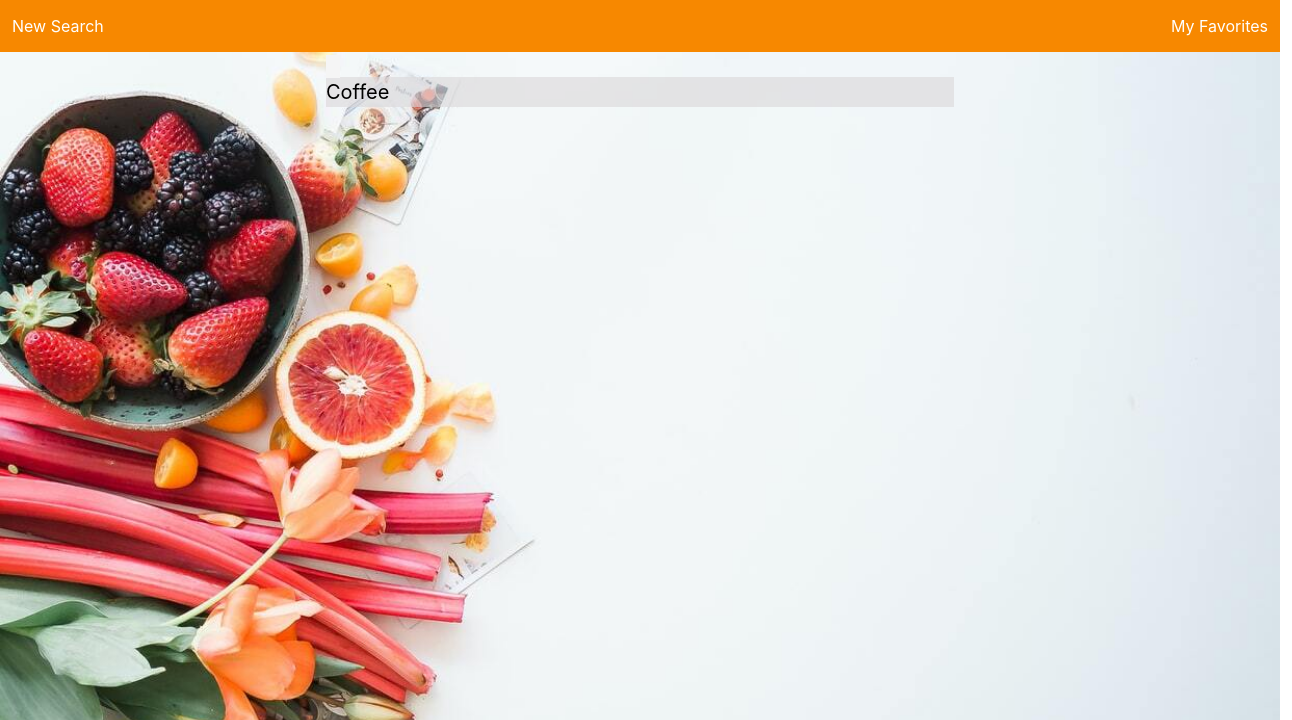
Repository: puakehaulani/the-hungry-app-proj1
Page: results.html
An editor plug-in stored every save of this project. The page is shown before and after the next save, followed by the edit.
The browser window is 1280 px wide. The page is 1292 px wide, so the pictures cover 1292 px, including what lies to the right of the window. The pictures show the whole page.

Above is the page before, as saved 2020-10-15 20:25:51.

### results.html
<!DOCTYPE html>
<html lang="en">

<head>
    <meta charset="UTF-8">
    <meta name="viewport" content="width=device-width, initial-scale=1.0">
    <title>Hungry app</title>
    <link rel="stylesheet" href="https://cdn.jsdelivr.net/npm/bulma@0.9.1/css/bulma.min.css">
    <link rel="stylesheet" href="./assets/style/style.css">
    <meta name="viewport" content="width=device-width, initial-scale=1">
</head>

<body>
  <nav class="navbar" role="navigation" aria-label="main navigation">
    <div class="navbar-menu">
        <div class="navbar-item">
            <a href="index.html">New Search</a>
        </div>
    </div>

    <div class="navbar-end">
        <div class="navbar-item">
            <a href="favorites.html">My Favorites </a>
        </div>

    </div>
</nav>
      <body>

        <div class="columns is-mobile is-centered">
            <div class="column is-half">
              <p class="bd-notification is-primary">
                <code class="html"></code><br>
          <ul id="display">
          <li>Coffee</li>
          </ul>
        </div>
        </p>
            </div>
            </div>

</body>

</html>

### assets/style/style.css

html{
    background-image: url(images/foodOnSIde.jpg);
    background-size: cover;
    background-repeat: no-repeat;
}

.navbar{
    background-color: #F78800;
}

.navbar-item{
    color: white;
}

.navbar-item a{
    color: white;
}

.button{
    background-color: #f78800;
    color: white;
}

#ingredientSearch{
    display: inline-block;
}

th{
    background-color: #f78800;
    color: white !important;
}

/* Elements that only exist on results html*/

#favRecipes{
    min-height: 300px;
    color: black;
    background-color: white;
    border-style: solid;
    border-width: 2px;
    border-radius: 15px;
    border-color: #F78800;
}

#favRecipes h1{
    background-color: #F78800;
    font-size: 2rem;
    color: white;
    border-radius: 10px;
}

#favJokes{
    min-height: 300px;
    color: black;
    background-color: white;
    border-style: solid;
    border-width: 2px;
    border-radius: 15px;
    border-color: #F78800;
}

#favJokes h1{
    background-color: #F78800;
    font-size: 2rem;
    color: white;
    border-radius: 10px;


}
  #display { background-color:rgba(219, 215, 217, 0.60);
            font-size: 20px;
            color: #000000;
            min-height: auto;
            min-width: auto;
}

After the next save:
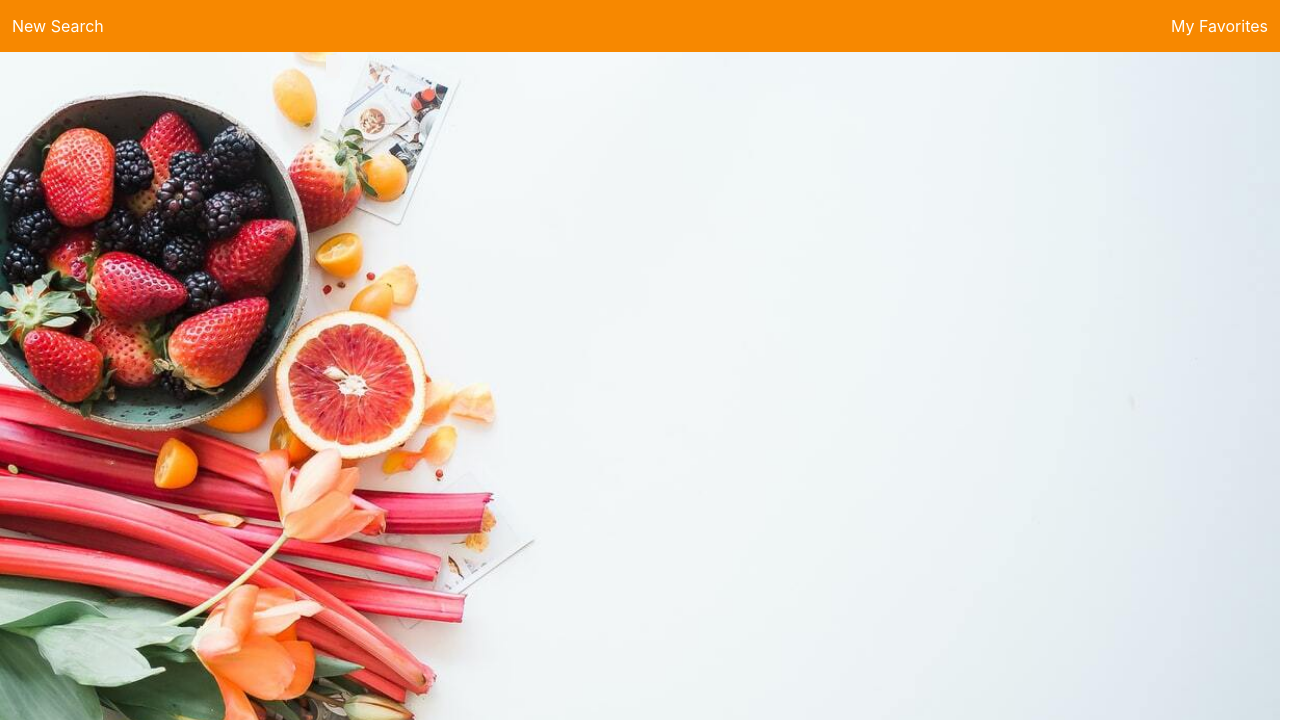
Saved 3 min 13 s later.
--- a/results.html
+++ b/results.html
@@ -32,7 +32,6 @@
               <p class="bd-notification is-primary">
                 <code class="html"></code><br>
           <ul id="display">
-          <li>Coffee</li>
           </ul>
         </div>
         </p>
